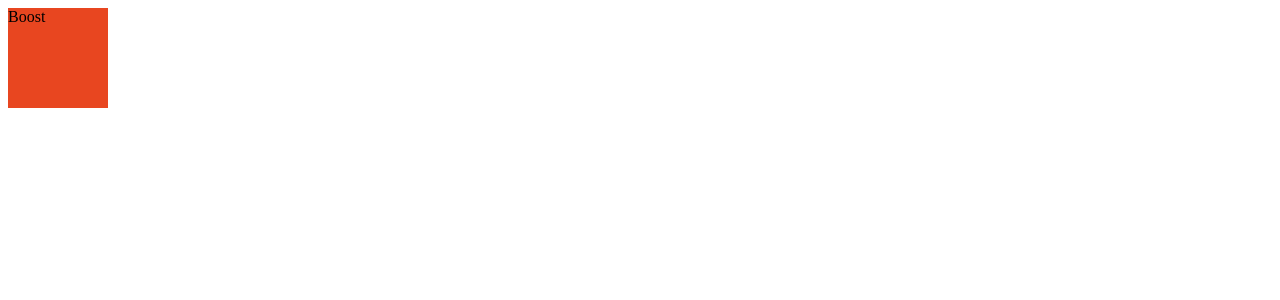
Repository: LiamB123/KeyFrames
Page: challenges/CSS1.html
The author's editor kept a record of every edit. The page is drawn from the files as they stood at one moment, then again after the next edit.
The browser window is 1280 px wide. The pictures show the whole page.

Above is the page before.

### challenges/CSS1.html
<!DOCTYPE html>
<html lang="en">
<head>
    <meta charset="UTF-8">
    <meta name="viewport" content="width=device-width, initial-scale=1.0">
    <meta http-equiv="X-UA-Compatible" content="ie=edge">
    <link rel="stylesheet" href="CSS1.css" type="text/css" />
    <title>Document</title>
</head>
<body>

<div class="box">Boost</div>

</body>
</html>

### challenges/CSS1.css
.box
    { height: 100px;
    width:100px;
    background-color: #e84620;
    transform: 100px,100px;


    }
    .box:hover{
         animation-name: grow;
    animation-duration:5s;
    animation-iteration-count: 1;
    animation-timing-function: ease-in-out

    }

@keyframes grow {

    from { height: 50px ;
        width:50px;
    }

    to {height: 100px ;
        width: 100px;
    }
}

After the next edit:
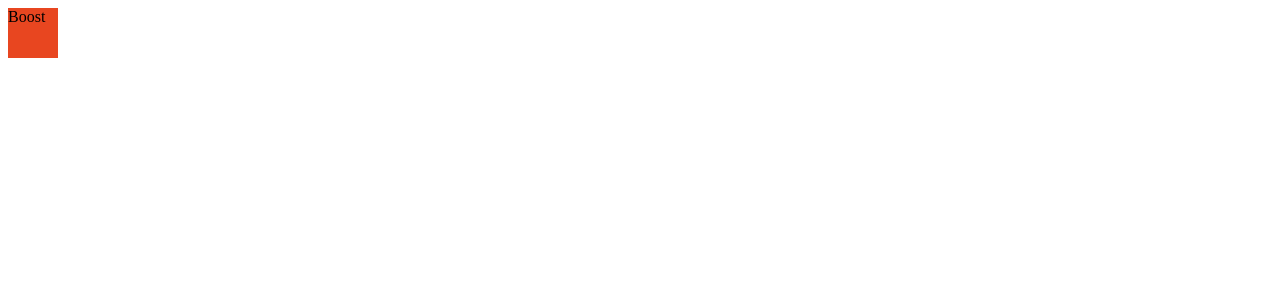
The edit:
--- a/challenges/CSS1.css
+++ b/challenges/CSS1.css
@@ -1,6 +1,6 @@
 .box
-    { height: 100px;
-    width:100px;
+    { height: 50px;
+    width:50px;
     background-color: #e84620;
     transform: 100px,100px;
 
